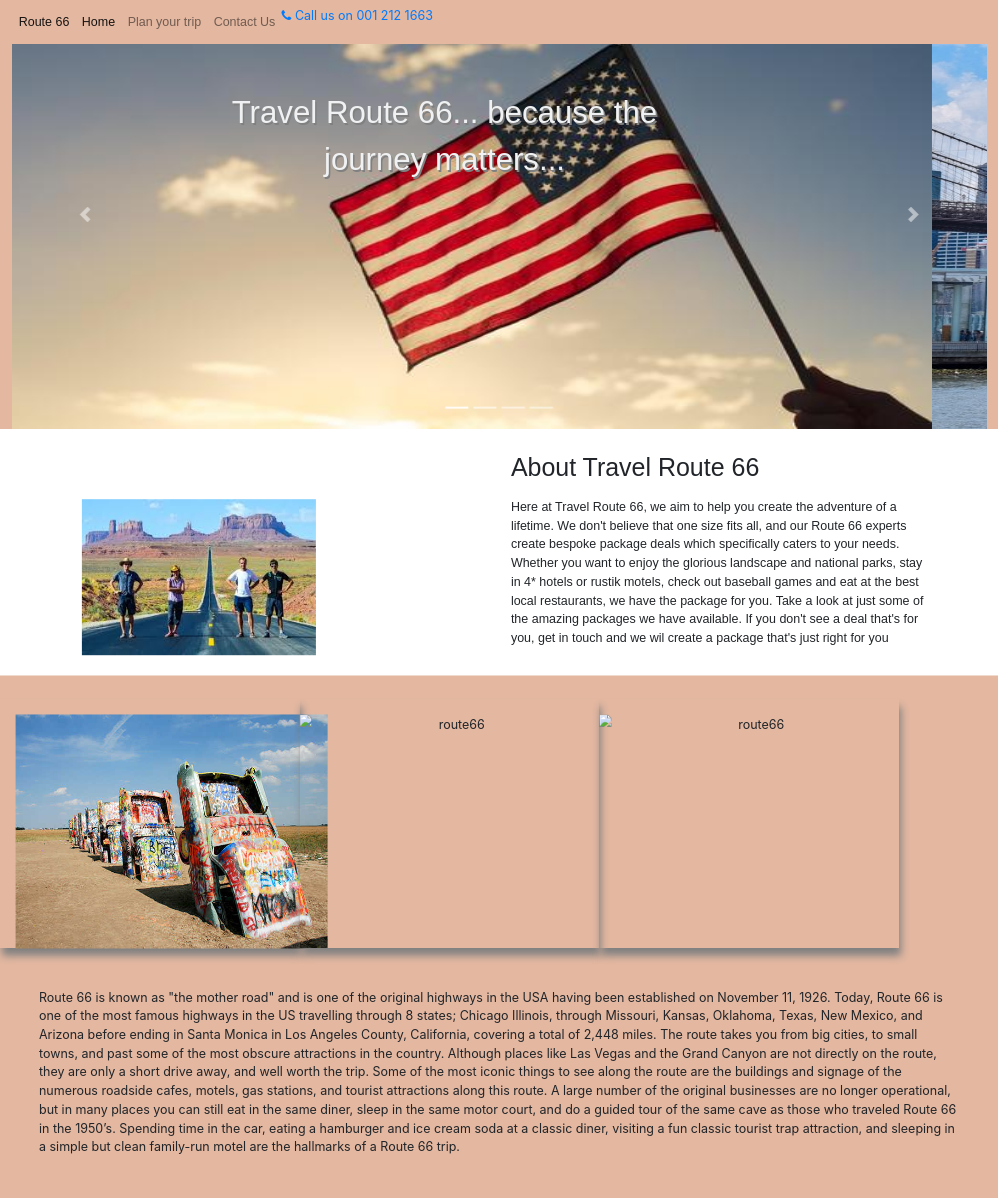
Repository: Code-Institute-Submissions/Javascript-milestone-project-2
Page: index.html
The author's editor kept a record of every edit. The page is drawn from the files as they stood at one moment, then again after the next edit.
The browser window is 1280 px wide. The pictures show the whole page, at 78% of full size.
Some web fonts or font styles are not loaded; a fallback is used. Some web libraries are served in a nearby version.

Above is the page before.
Not found: assets/images/dining.jpg
Not found: assets/images/nationalparks.jpg

After the next edit:
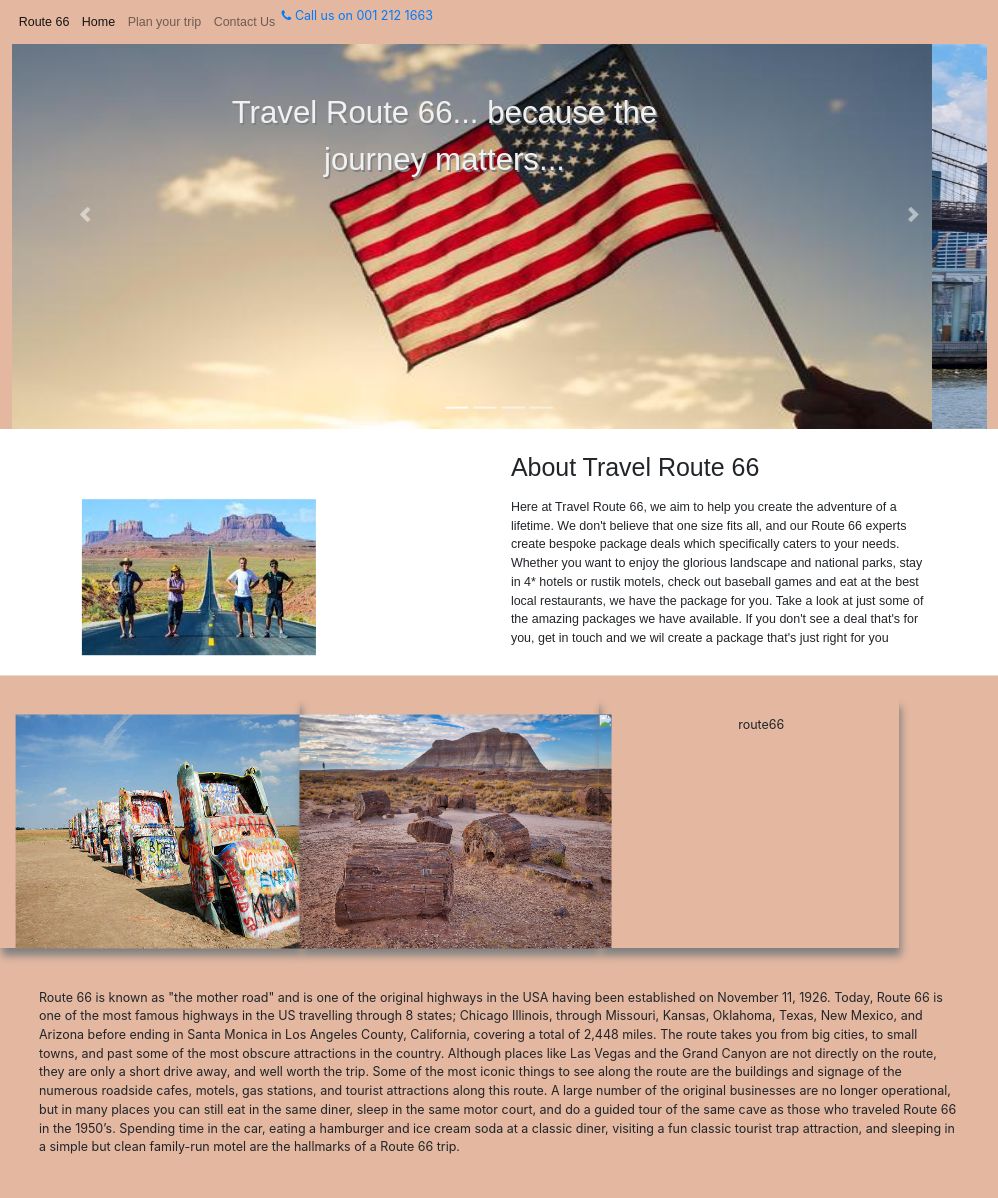
The edit:
--- a/index.html
+++ b/index.html
@@ -100,7 +100,7 @@
 </div>
 
 <div class="box7">
-  <img src="assets/images/nationalparks.jpg" alt="route66" class="nationalparks">
+  <img src="images/nationalparks.jpg" alt="route66" class="nationalparks">
   <div class="overlay">
     <div class="text">Travel in style from Chicago to Los Angeles, passing through Missouri, Kansas, Oklahoma, Texas, New Mexico, Arizona. also known as the Will Rogers Highway, the Main Street of America or the Mother Road, was one of the original highways in the U.S. Highway System. US 66 was established on November 11, 1926.</div>
   </div>
